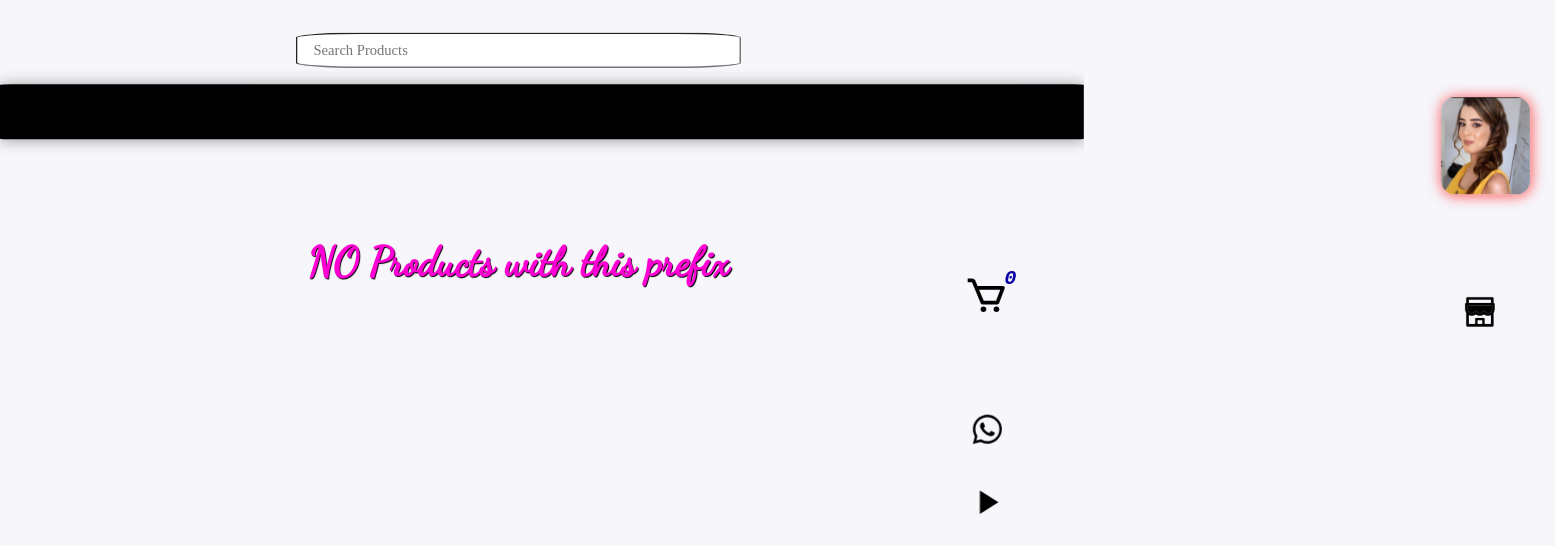
Repository: rehamAbass/BeautyCareShop
Page: /
These files come from the project's save history. The page is drawn as it stood at one moment and after the next save; the edit follows.
The browser window is 1280 px wide. The page is 1338 px wide, then 12160 px, so the pictures cover 1920 px, including what lies to the right of the window. The pictures show the whole page, at 81% of full size.
The page's requests for data from a server got no answer. Some web fonts or font styles are not loaded; a fallback is used. The project was rebuilt for these pictures with package versions that can differ from the ones it lists, and the page was loaded fresh each time. No one was signed in, and anything a server would have sent is missing. Also part of the build but not shown: src/components/allProducts/prod/card.css, src/components/allProducts/prod/card.component.jsx, src/components/myCart/myCart.css, src/components/myCart/cartProduct/cartProduct.css, src/components/myCart/cartProduct/cartProduct.jsx, src/components/myCart/myCart.jsx. Imported but missing from the stored project, and not drawn on this page: src/components/header/music/ed.mp3.

Above is the page before, as saved 2022-06-08 13:41:19.

After the next save:
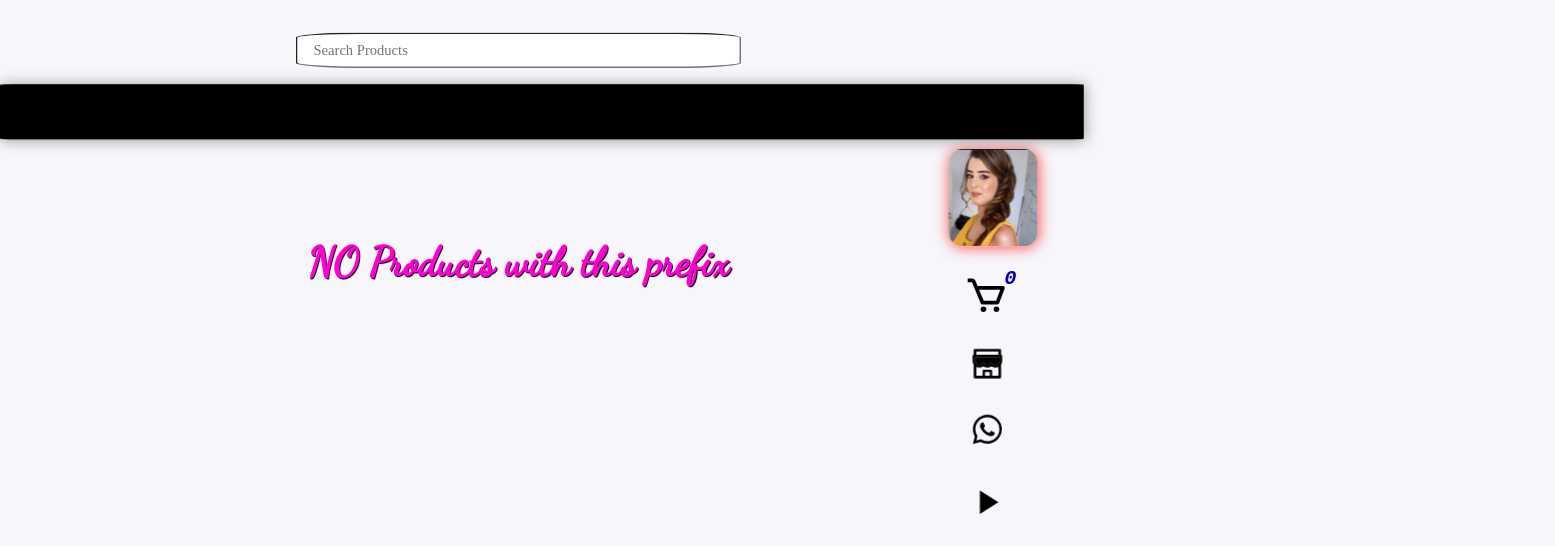
Saved 9 s later.
--- a/src/components/header/header.component.jsx
+++ b/src/components/header/header.component.jsx
@@ -10,7 +10,7 @@ const Header = ({counter,imgs, handleCart}) => {
     return (
         <div className='headClass'>
       <marquee
-                      width="100%"
+                      width="1000%"
                 behavior="scroll"
                 direction="right"
                loop='20' >
